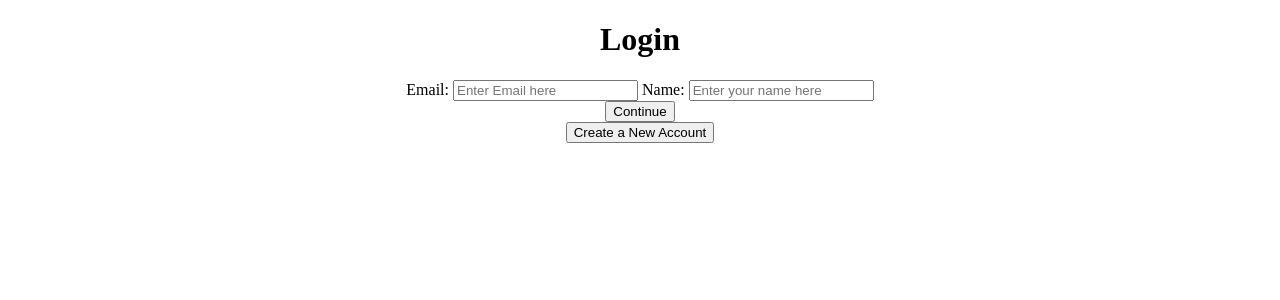
Repository: amila1998/OOP-Group-Assignment-1st-Year-2nd-Semester
Page: http://localhost/OMT/forgetpassword.jsp
These files come from the project's save history. The page is drawn as it stood at one moment and after the next save; the edit follows.
The browser window is 1280 px wide. The pictures show the whole page.
The page is served by Tomcat 9. Nobody is signed in. The application's start-up code is not run. Other server files are loaded and not shown.

Above is the page before, as saved 2021-05-23 12:49:34.

### OMT/WebContent/forgetpassword.jsp
<%@ page language="java" contentType="text/html; charset=ISO-8859-1"
    pageEncoding="ISO-8859-1"%>
<!DOCTYPE html>
<html>
<head>
<meta charset="ISO-8859-1">
<title>Insert title here</title>
</head>
<body>
<center><h1 class="Ttxtstyle">Login</h1>
<section style="width=100%;" class="logingbody">

	<div id="formStyle3">

		<form action="resetpassword" method="POST" >
			<div class="col-50">
				<div  class="Plogo1">

				</div>


					<label for="email">Email:</label>
					<input type="email" name="uemail" placeholder="Enter Email here " required>
					<label for="name">Name:</label>
					<input type="text"  name="name" placeholder="Enter your name here" required>

				</div>

				<div class="row">
					<div class="col-50">
						<button value="submit" id="continue" type="submit" class="Btn3">Continue</button>
					</div>
				</div>
				<div class="row">
					<div class="col-50">
						<a href="userRegister.jsp"><button value="register" id="signin" type="button" class="Btn3">Create a New Account</button></a>
					</div>
				</div>
				<div class="row">
					<div class="col-50">
						<a href="" style="color:white" class="">Forgot password?</a>
					</div>
				</div>
			</div>
		</form>

    </div>

</section>

</center>

</body>
</html>

After the next save:
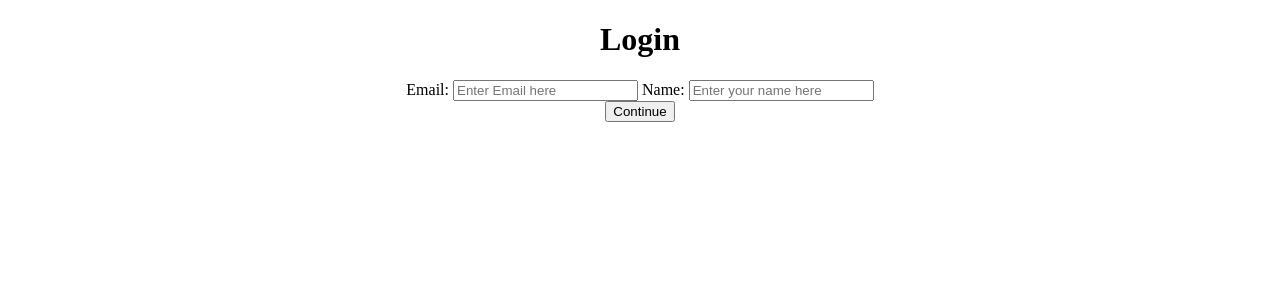
Saved 64 s later.
--- a/OMT/WebContent/forgetpassword.jsp
+++ b/OMT/WebContent/forgetpassword.jsp
@@ -31,16 +31,7 @@
 						<button value="submit" id="continue" type="submit" class="Btn3">Continue</button>
 					</div>
 				</div>
-				<div class="row">
-					<div class="col-50">
-						<a href="userRegister.jsp"><button value="register" id="signin" type="button" class="Btn3">Create a New Account</button></a>
-					</div>
-				</div>
-				<div class="row">
-					<div class="col-50">
-						<a href="" style="color:white" class="">Forgot password?</a>
-					</div>
-				</div>
+
 			</div>
 		</form>
 
